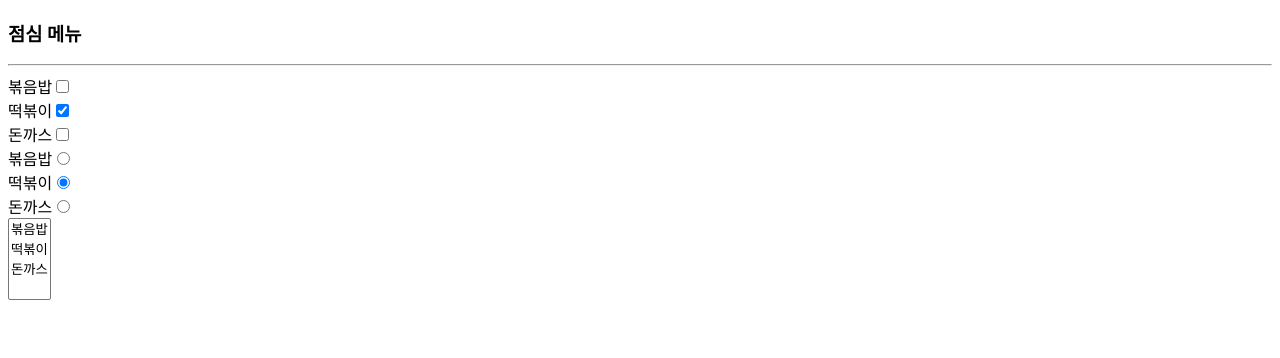
Repository: nijooymik/smartfactory
Page: jsp/t0718/src/main/webapp/html/form3.html
These files come from the project's save history. The page is drawn as it stood at one moment and after the next save; the edit follows.
The browser window is 1280 px wide. The pictures show the whole page.

Above is the page before, as saved 2022-07-18 07:23:36.

After the next save:
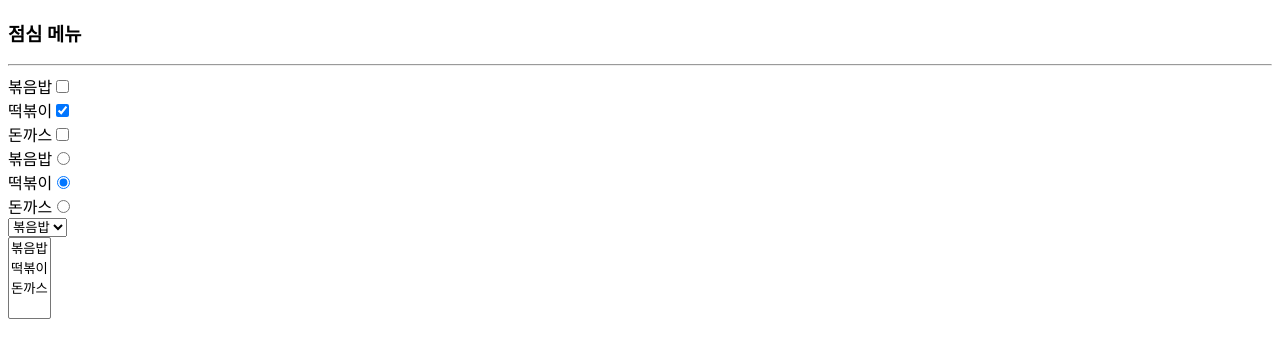
Saved 10 s later.
--- a/jsp/t0718/src/main/webapp/html/form3.html
+++ b/jsp/t0718/src/main/webapp/html/form3.html
@@ -18,6 +18,13 @@
 		돈까스<input type="radio" value="3" name="eating"><br>
 	</form>
 	<form>
+		<select name="eat">
+			<option value="1">볶음밥</option>
+			<option value="2">떡볶이</option>
+			<option value="3">돈까스</option>
+		</select>
+	</form>
+	<form>
 		<select name="eat" multiple>
 			<option value="1">볶음밥</option>
 			<option value="2">떡볶이</option>
